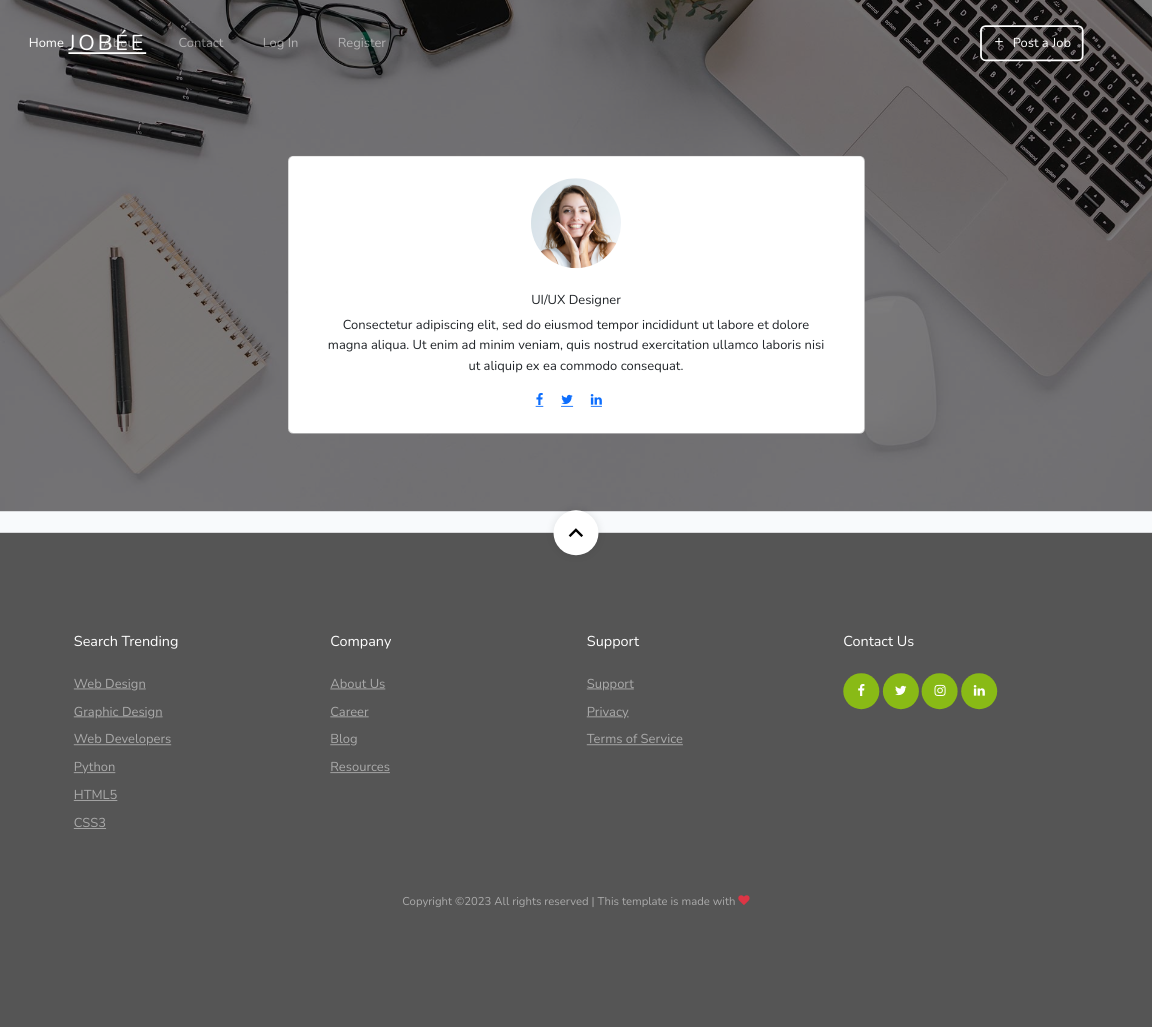
Repository: sara55m/Jobee
Page: resources/views/users/profile.blade.php
These files come from the project's save history. The page is drawn as it stood at one moment and after the next save; the edit follows.
The browser window is 1280 px wide. The pictures show the whole page, at 90% of full size.
The page is served by the project's Laravel application, run on PHP 8.4 with Laravel 10. Other server files are loaded and not shown. Style sheets and scripts are compiled from the project's sources, by tool versions that may differ from the author's. The template is opened directly, without the code that normally fills it, so the values that code supplies are empty.

Above is the page before, as saved 2024-10-08 05:02:30.

### routes/web.php
<?php

use Illuminate\Support\Facades\Route;
use App\Http\Controllers\Jobs\JobsHomeController;
use Illuminate\Support\Facades\Auth;

/*
|--------------------------------------------------------------------------
| Web Routes
|--------------------------------------------------------------------------
|
| Here is where you can register web routes for your application. These
| routes are loaded by the RouteServiceProvider and all of them will
| be assigned to the "web" middleware group. Make something great!
|
*/

Route::get('/', function () {
    return view('welcome');
});

Auth::routes();

Route::get('/home', [App\Http\Controllers\HomeController::class, 'index'])->name('home');

Route::get('/jobs/single/{id}', [App\Http\Controllers\Jobs\JobsController::class, 'single'])->name('single.job');
Route::post('/jobs/save', [App\Http\Controllers\Jobs\JobsController::class, 'saveJob'])->name('save.job');
Route::post('/jobs/apply', [App\Http\Controllers\Jobs\JobsController::class, 'jobApply'])->name('apply.job');

Route::get('/users/profile', [App\Http\Controllers\Users\UsersController::class, 'profile'])->name('profile');

### resources/views/users/profile.blade.php
@extends('layouts.app')

@section('content')
        <section class="section-hero overlay inner-page bg-image" style="background-image: url('{{asset('assets/images/hero_1.jpg')}}'); margin-top: -24px;" id="home-section">
            <div class="container">
            <div class="row d-flex justify-content-center">
                <div class="col-md-7">
                <div class="card p-3 py-4">

                        <div class="text-center">
                            <img src="{{asset('assets/images/person_1.jpg')}}" width="100" class="rounded-circle">
                        </div>

                        <div class="text-center mt-3">
                            <!-- <span class="bg-secondary p-1 px-4 rounded text-white">Pro</span> -->
                            <h5 class="mt-2 mb-0">{{$profile->name}}</h5>
                            <span>UI/UX Designer</span>

                            <div class="px-4 mt-1">
                                <p class="fonts">Consectetur adipiscing elit, sed do eiusmod tempor incididunt ut labore et dolore magna aliqua. Ut enim ad minim veniam, quis nostrud exercitation ullamco laboris nisi ut aliquip ex ea commodo consequat. </p>

                            </div>

                            <div class="px-3">
                        <a href="#" class="pt-3 pb-3 pr-3 pl-0 underline-none"><span class="icon-facebook"></span></a>
                        <a href="#" class="pt-3 pb-3 pr-3 pl-0"><span class="icon-twitter"></span></a>
                        <a href="#" class="pt-3 pb-3 pr-3 pl-0"><span class="icon-linkedin"></span></a>
                    </div>



                        </div>




                    </div>
                </div>
            </div>


            </div>
        </section>

        @endsection

### resources/views/layouts/app.blade.php
<!doctype html>
<html lang="{{ str_replace('_', '-', app()->getLocale()) }}">
<head>
    <meta charset="utf-8">
    <meta name="viewport" content="width=device-width, initial-scale=1">

    <!-- CSRF Token -->
    <meta name="csrf-token" content="{{ csrf_token() }}">

    <title>{{ config('app.name', 'Laravel') }}</title>

    <!-- Fonts -->
    <link rel="dns-prefetch" href="//fonts.bunny.net">
    <link href="https://fonts.bunny.net/css?family=Nunito" rel="stylesheet">
     <!-- Our CSS and JS Files -->
    <link rel="stylesheet" href="{{ asset('assets/css/custom-bs.css')}}">
    <link rel="stylesheet" href="{{ asset('assets/css/jquery.fancybox.min.css') }}">
    <link rel="stylesheet" href="{{ asset('assets/css/bootstrap-select.min.css') }}">
    <link rel="stylesheet" href="{{ asset ('assets/fonts/icomoon/style.css') }}">
    <link rel="stylesheet" href="{{ asset('assets/fonts/line-icons/style.css') }}">
    <link rel="stylesheet" href="{{ asset('assets/css/owl.carousel.min.css') }}">
    <link rel="stylesheet" href="{{ asset('assets/css/animate.min.css') }}">
    <link rel="stylesheet" href="{{ asset('css/quill.snow.css')}}">

    <!-- MAIN CSS -->
    <link rel="stylesheet" href="{{ asset('assets/css/style.css') }}">

    <!-- Scripts -->
    @vite(['resources/sass/app.scss', 'resources/js/app.js'])
</head>
<body>
    <div id="app">
         <!-- NAVBAR -->
    <header class="site-navbar mt-3">
        <div class="container-fluid">
          <div class="row align-items-center">
            <div class="site-logo col-6"><a href="{{route('home')}}">jobée</a></div>

            <nav class="mx-auto site-navigation">
              <ul class="site-menu js-clone-nav d-none d-xl-block ml-0 pl-0">
                <li><a href="index.html" class="nav-link active">Home</a></li>
                <li><a href="about.html">About</a></li>


                <li><a href="contact.html">Contact</a></li>
                <li class="d-lg-none"><a href="post-job.html"><span class="mr-2">+</span> Post a Job</a></li>
                @guest
                  @if (Route::has('login'))
                      <li class=""><a href="{{ route('login') }}">Log In</a></li>
                  @endif
                  @if (Route::has('register'))
                       <li class=""><a href="{{ route('register') }}">Register</a></li>
                  @endif
                @else
                    <li class="nav-item dropdown">
                    <a id="navbarDropdown" class="nav-link dropdown-toggle" href="#" role="button" data-toggle="dropdown" aria-haspopup="true" aria-expanded="false" v-pre>
                     {{ Auth::user()->name }}
                    </a>

                  <div class="dropdown-menu dropdown-menu-end" aria-labelledby="navbarDropdown">


                <a class="dropdown-item" href="{{ route('profile') }}">
                    Profile
               </a>

                   <a class="dropdown-item" href="{{ route('logout') }}"
                      onclick="event.preventDefault();
                             document.getElementById('logout-form').submit();">
                     {{ __('Logout') }}
                </a>

                   <form id="logout-form" action="{{ route('logout') }}" method="POST" class="d-none">
                   @csrf
                       </form>
                        </div>
                         </li>
                @endguest


              </ul>
            </nav>

            <div class="right-cta-menu text-right d-flex aligin-items-center col-6">
              <div class="ml-auto">
                <a href="post-job.html" class="btn btn-outline-white border-width-2 d-none d-lg-inline-block"><span class="mr-2 icon-add"></span>Post a Job</a>

              </div>
              <a href="#" class="site-menu-toggle js-menu-toggle d-inline-block d-xl-none mt-lg-2 ml-3"><span class="icon-menu h3 m-0 p-0 mt-2"></span></a>
            </div>

          </div>
        </div>
      </header>
        {{-- <nav class="navbar navbar-expand-md navbar-light bg-white shadow-sm">
            <div class="container">
                <a class="navbar-brand" href="{{ url('/') }}">
                    {{ config('app.name', 'Laravel') }}
                </a>
                <button class="navbar-toggler" type="button" data-bs-toggle="collapse" data-bs-target="#navbarSupportedContent" aria-controls="navbarSupportedContent" aria-expanded="false" aria-label="{{ __('Toggle navigation') }}">
                    <span class="navbar-toggler-icon"></span>
                </button>

                <div class="collapse navbar-collapse" id="navbarSupportedContent">
                    <!-- Left Side Of Navbar -->
                    <ul class="navbar-nav me-auto">

                    </ul>

                    <!-- Right Side Of Navbar -->
                    <ul class="navbar-nav ms-auto">
                        <!-- Authentication Links -->
                        @guest
                            @if (Route::has('login'))
                                <li class="nav-item">
                                    <a class="nav-link" href="{{ route('login') }}">{{ __('Login') }}</a>
                                </li>
                            @endif

                            @if (Route::has('register'))
                                <li class="nav-item">
                                    <a class="nav-link" href="{{ route('register') }}">{{ __('Register') }}</a>
                                </li>
                            @endif
                        @else
                            <li class="nav-item dropdown">
                                <a id="navbarDropdown" class="nav-link dropdown-toggle" href="#" role="button" data-bs-toggle="dropdown" aria-haspopup="true" aria-expanded="false" v-pre>
                                    {{ Auth::user()->name }}
                                </a>

                                <div class="dropdown-menu dropdown-menu-end" aria-labelledby="navbarDropdown">
                                    <a class="dropdown-item" href="{{ route('logout') }}"
                                       onclick="event.preventDefault();
                                                     document.getElementById('logout-form').submit();">
                                        {{ __('Logout') }}
                                    </a>

                                    <form id="logout-form" action="{{ route('logout') }}" method="POST" class="d-none">
                                        @csrf
                                    </form>
                                </div>
                            </li>
                        @endguest
                    </ul>
                </div>
            </div>
        </nav> --}}

        <main class="py-4">
            @yield('content')
        </main>
    </div>

    <footer class="site-footer">

        <a href="#top" class="smoothscroll scroll-top">
          <span class="icon-keyboard_arrow_up"></span>
        </a>

        <div class="container">
          <div class="row mb-5">
            <div class="col-6 col-md-3 mb-4 mb-md-0">
              <h3>Search Trending</h3>
              <ul class="list-unstyled">
                <li><a href="#">Web Design</a></li>
                <li><a href="#">Graphic Design</a></li>
                <li><a href="#">Web Developers</a></li>
                <li><a href="#">Python</a></li>
                <li><a href="#">HTML5</a></li>
                <li><a href="#">CSS3</a></li>
              </ul>
            </div>
            <div class="col-6 col-md-3 mb-4 mb-md-0">
              <h3>Company</h3>
              <ul class="list-unstyled">
                <li><a href="#">About Us</a></li>
                <li><a href="#">Career</a></li>
                <li><a href="#">Blog</a></li>
                <li><a href="#">Resources</a></li>
              </ul>
            </div>
            <div class="col-6 col-md-3 mb-4 mb-md-0">
              <h3>Support</h3>
              <ul class="list-unstyled">
                <li><a href="#">Support</a></li>
                <li><a href="#">Privacy</a></li>
                <li><a href="#">Terms of Service</a></li>
              </ul>
            </div>
            <div class="col-6 col-md-3 mb-4 mb-md-0">
              <h3>Contact Us</h3>
              <div class="footer-social">
                <a href="#"><span class="icon-facebook"></span></a>
                <a href="#"><span class="icon-twitter"></span></a>
                <a href="#"><span class="icon-instagram"></span></a>
                <a href="#"><span class="icon-linkedin"></span></a>
              </div>
            </div>
          </div>

          <div class="row text-center">
            <div class="col-12">
              <p class="copyright"><small>
                <!-- Link back to Colorlib can't be removed. Template is licensed under CC BY 3.0. -->
              Copyright &copy;<script>document.write(new Date().getFullYear());</script> All rights reserved | This template is made with <i class="icon-heart text-danger" aria-hidden="true"></i>
              <!-- Link back to Colorlib can't be removed. Template is licensed under CC BY 3.0. --></small></p>
            </div>
          </div>
        </div>
      </footer>

     <!-- SCRIPTS -->
    <script src="assets/js/jquery.min.js"></script>
    <script src="assets/js/bootstrap.bundle.min.js"></script>
    <script src="assets/js/isotope.pkgd.min.js"></script>
    <script src="assets/js/stickyfill.min.js"></script>
    <script src="assets/js/jquery.fancybox.min.js"></script>
    <script src="assets/js/jquery.easing.1.3.js"></script>

    <script src="assets/js/jquery.waypoints.min.js"></script>
    <script src="assets/js/jquery.animateNumber.min.js"></script>
    <script src="assets/js/owl.carousel.min.js"></script>
    <script src="assets/js/quill.min.js"></script>


    <script src="assets/js/bootstrap-select.min.js"></script>

    <script src="assets/js/custom.js"></script>

</body>
</html>

Loaded but not shown: app/Http/Controllers/Auth/ConfirmPasswordController.php (common file); app/Http/Controllers/Controller.php (common file); public/assets/css/custom-bs.css (library); public/assets/css/jquery.fancybox.min.css (library); public/assets/css/bootstrap-select.min.css (library); public/assets/fonts/icomoon/style.css (common file); public/assets/fonts/line-icons/style.css (common file); public/assets/css/owl.carousel.min.css (library); public/assets/css/animate.min.css (library); public/assets/js/jquery.min.js (library); public/assets/js/bootstrap.bundle.min.js (library); public/assets/js/isotope.pkgd.min.js (library); public/assets/js/stickyfill.min.js (library); public/assets/js/jquery.fancybox.min.js (library); public/assets/js/jquery.easing.1.3.js (library); public/assets/js/jquery.waypoints.min.js (library); public/assets/js/jquery.animateNumber.min.js (common file); public/assets/js/owl.carousel.min.js (library); public/assets/js/quill.min.js (library); public/assets/js/bootstrap-select.min.js (library); resources/sass/app.scss (common file); resources/sass/_variables.scss (common file); public/assets/js/custom.js (264 lines, source omitted); public/assets/css/style.css (1669 lines, source omitted)

After the next save:
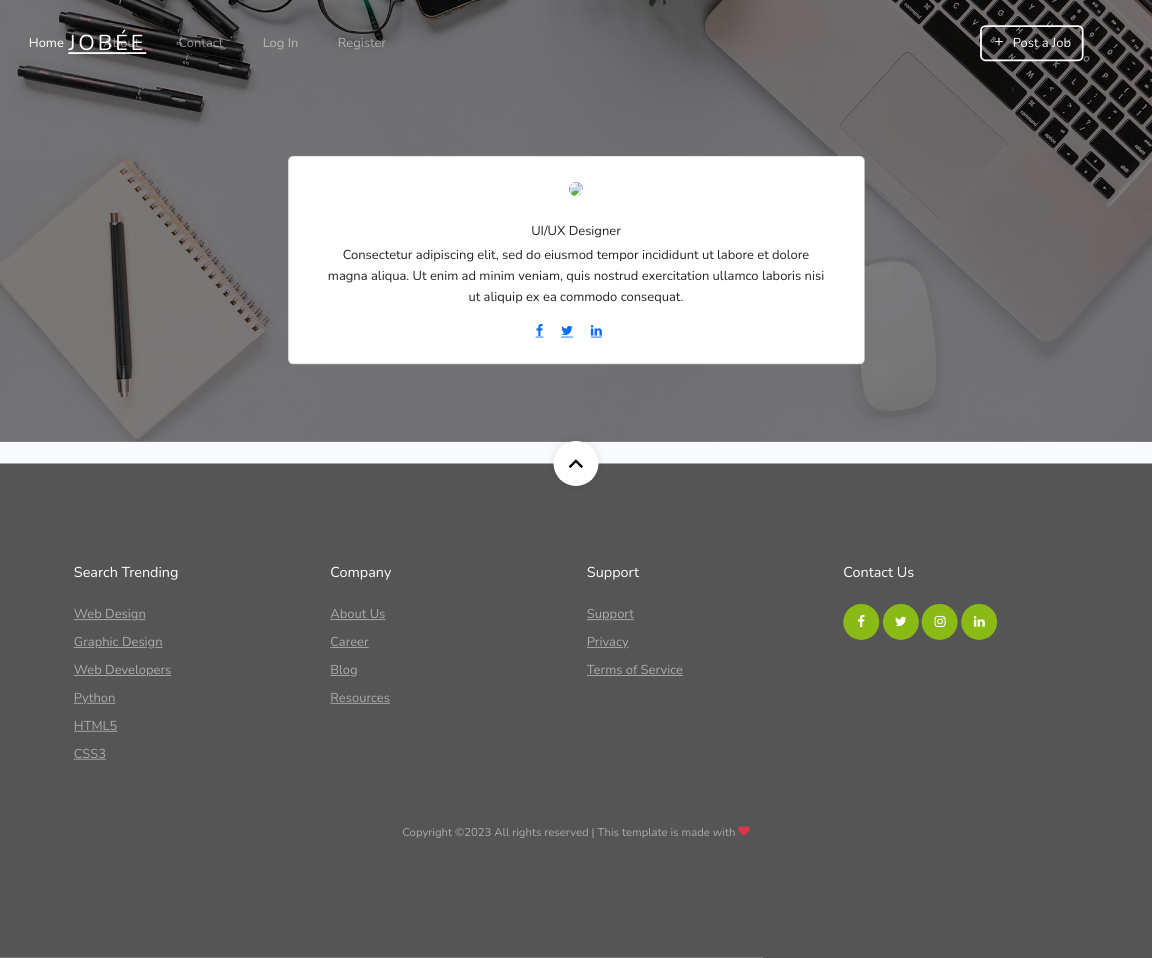
Saved 11 s later.
--- a/resources/views/users/profile.blade.php
+++ b/resources/views/users/profile.blade.php
@@ -8,7 +8,7 @@
                 <div class="card p-3 py-4">
 
                         <div class="text-center">
-                            <img src="{{asset('assets/images/person_1.jpg')}}" width="100" class="rounded-circle">
+                            <img src="{{asset('assets/images_users/person_1.jpg')}}" width="100" class="rounded-circle">
                         </div>
 
                         <div class="text-center mt-3">
